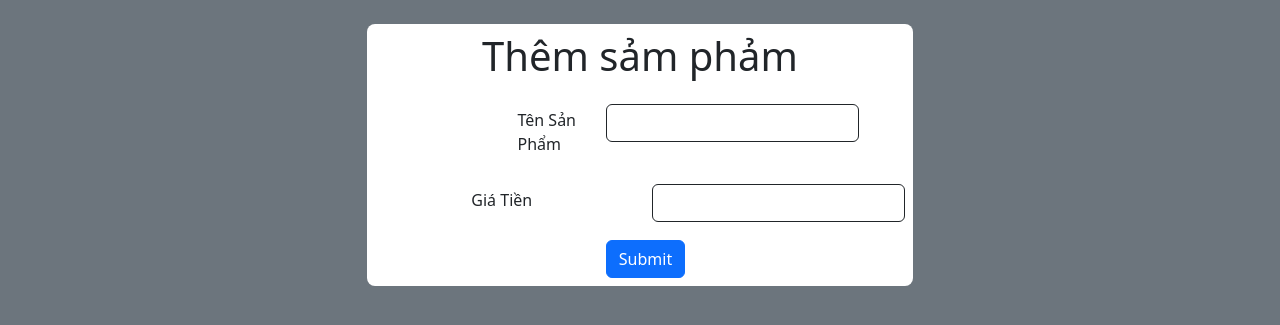
Repository: HT-35/iuh
Page: thi GK/index.html
These files come from the project's save history. The page is drawn as it stood at one moment and after a run of saves; the edit follows.
The browser window is 1280 px wide. The pictures show the whole page.

Above is the page before, as saved 2024-03-25 11:51:12.
Console error: TypeError: Cannot read properties of null (reading 'addEventListener')

After the next 2 saves:
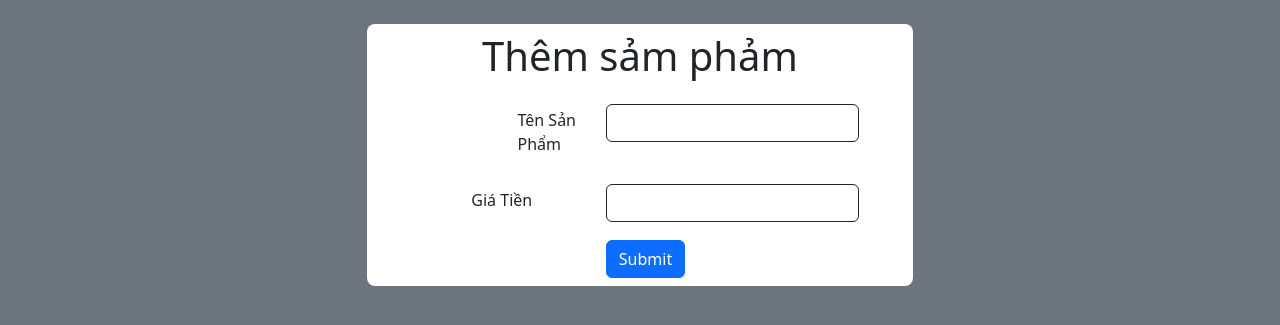
The 2 saves are shown as one change because they came seconds apart.
The last was saved 7 s later.
--- a/thi GK/index.html
+++ b/thi GK/index.html
@@ -41,7 +41,7 @@
             <div class="col-0 col-sm-2 col-md-2 col-lg-2  ">
 
             </div>
-            <div class="col-6 col-sm-4 col-md-4 col-lg-4  ">
+            <div class="col-6 col-sm-4 col-md-4 col-lg-3  ">
               <label for="email" class="form-label p-1">Giá Tiền</label>
             </div>
             <div class="col-6 col-sm-6 col-md-6 col-lg-6"><input type="email" class="form-control border border-dark"
